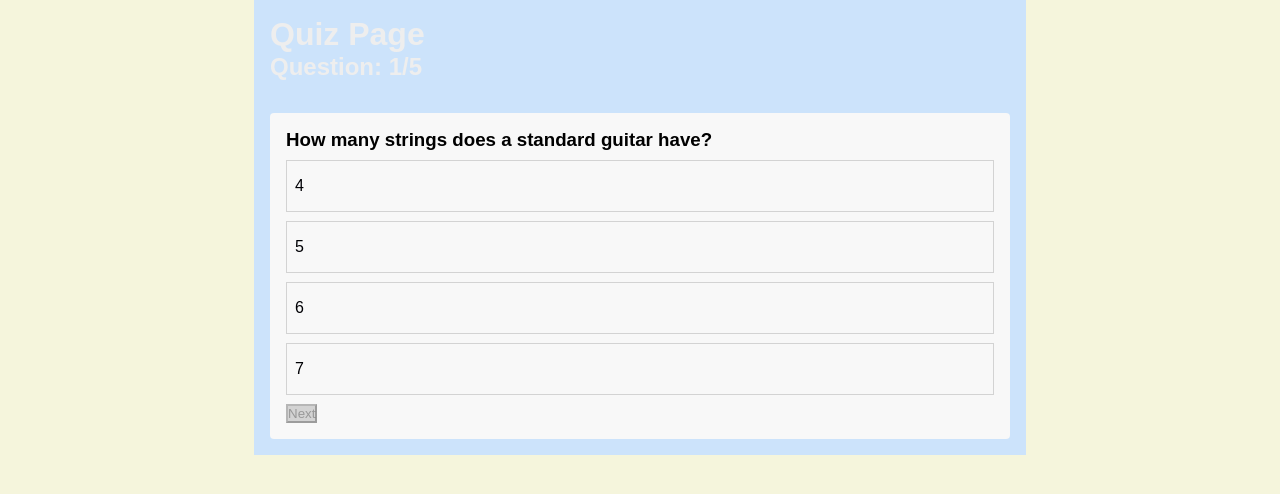
Repository: 1medi/pocketprof
Page: /quiz/page
The author's editor kept a copy of each file at every save. The page is drawn from the files as they stood at one save, then again after the next save.
The browser window is 1280 px wide. The pictures show the whole page.
The project was rebuilt for these pictures with package versions that can differ from the ones it lists, and the page was loaded fresh each time. The framework's server and built-in components were replaced by stand-ins that run in the browser. Also part of the build but not shown: next.config.mjs.

Above is the page before, as saved 2024-04-07 00:32:07.

After the next save:
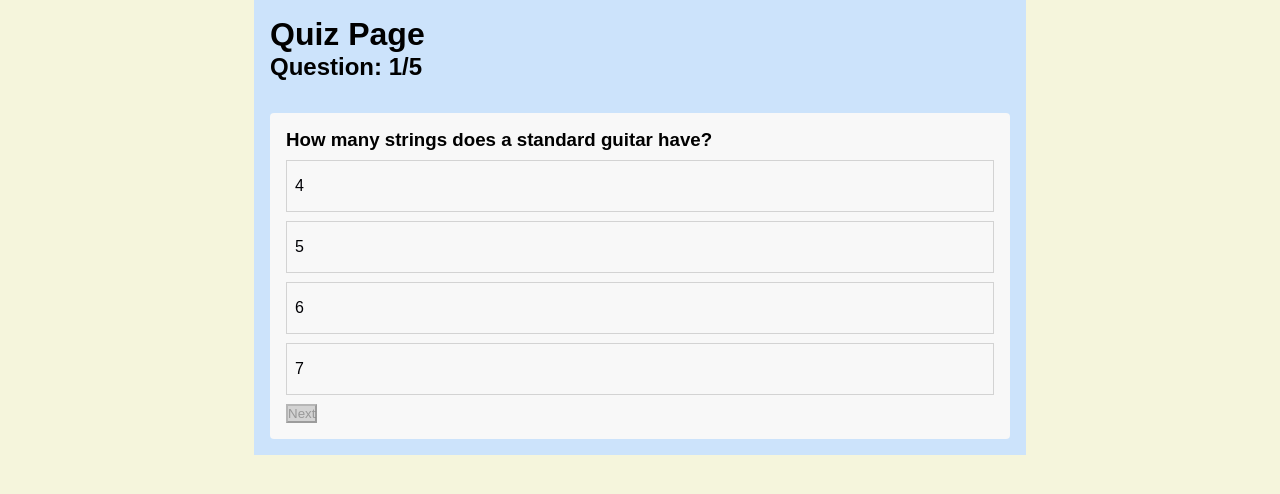
Saved 13 s later.
--- a/pages/quiz/page.module.css
+++ b/pages/quiz/page.module.css
@@ -6,7 +6,7 @@
 
 .title,
 .activeQ{
-    color: #eee;
+    color: black;
   }
 
   .hthree {
